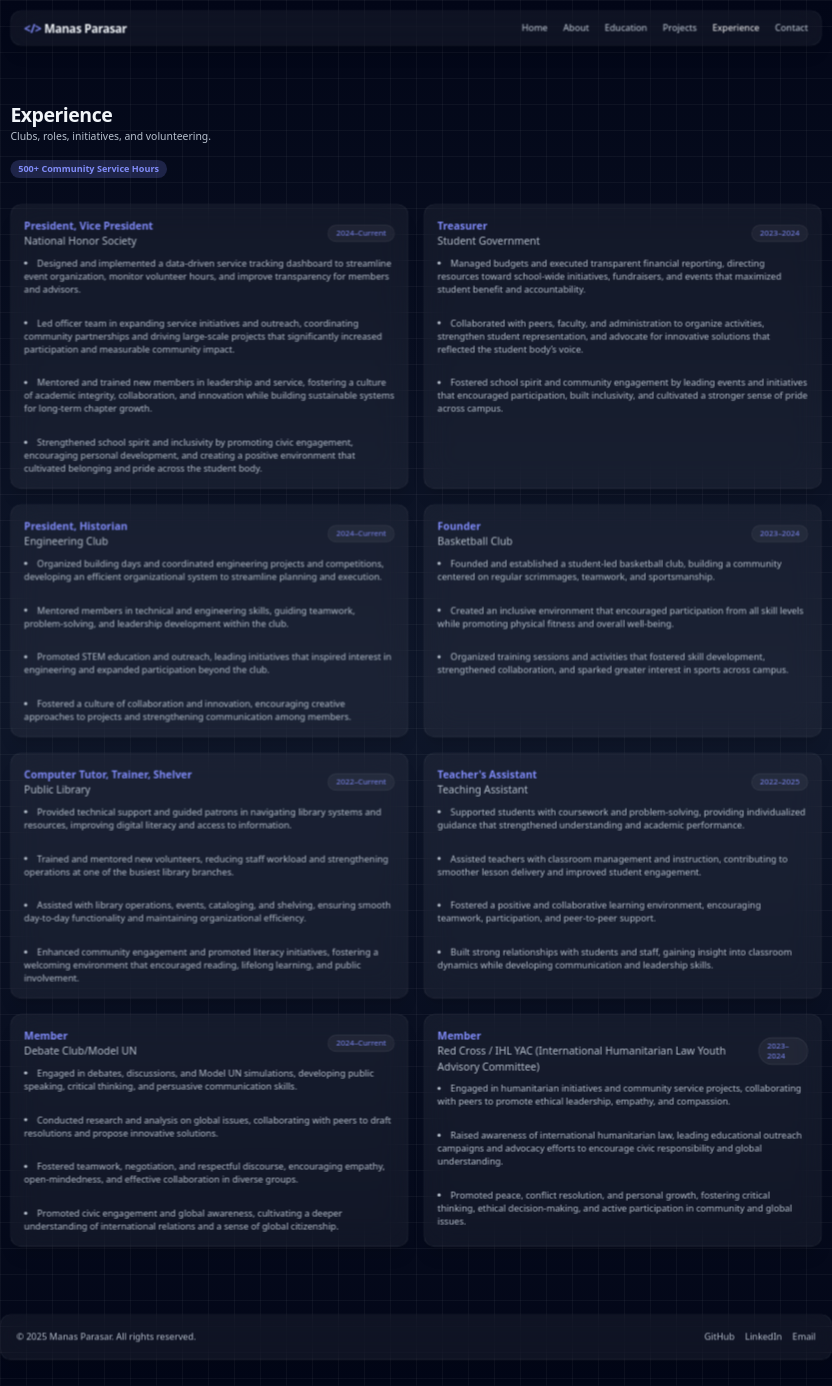
Repository: Manas-Parasar/portfolio-manas-parasar
Page: /experience
An editor plug-in stored every save of this project. The page is shown before and after the next save, followed by the edit.
The browser window is 1280 px wide. The pictures show the whole page, at 65% of full size.
The project was rebuilt for these pictures with package versions that can differ from the ones it lists, and the page was loaded fresh each time. Also part of the build but not shown: vite.config.js, src/components/Hero.jsx, src/components/ProjectCard.jsx, src/pages/Home.jsx, src/pages/About.jsx, src/pages/Projects.jsx, src/pages/Contact.jsx. Imported but missing from the stored project, and not drawn on this page: src/assets/Manas Parasar Resume.pdf.

Above is the page before, as saved 2025-08-23 00:24:30.

### index.html
<!DOCTYPE html>
<html lang="en">
  <head>
    <meta charset="UTF-8" />
    <meta name="viewport" content="width=device-width, initial-scale=1.0" />
    <title>Manas Parasar Portfolio</title>
    <meta
      name="description"
      content="Portfolio of Manas Parasar: projects, leadership, research, and impact."
    />
    <link rel="icon" href="/PortfolioFavicon.png" />
  </head>
  <body
    class="min-h-screen bg-gradient-to-b from-slate-950 via-slate-900 to-slate-950 text-slate-100"
  >
    <div id="root"></div>
    <script type="module" src="/src/main.jsx"></script>
  </body>
</html>

### src/main.jsx
import { BrowserRouter } from "react-router-dom";
import "./index.css";
import React from "react";
import ReactDOM from "react-dom/client";
import App from "./App";

ReactDOM.createRoot(document.getElementById("root")).render(
  <React.StrictMode>
    <BrowserRouter>
      <App />
    </BrowserRouter>
  </React.StrictMode>
);

### src/index.css
@tailwind base;
@tailwind components;
@tailwind utilities;

html,
body {
  margin: 0;
  padding: 0;
  box-sizing: border-box;
  overscroll-behavior: none;
  overflow-x: hidden;
}

html {
  background-color: #0aa345; /* slate-900 */
}

html,
body {
  margin: 0;
  padding: 0;
  box-sizing: border-box;
}

html {
  background-color: #0f172a; /* slate-900 */
}

/* Subtle selection & scrollbar tweaks */
::selection {
  background: #175430;
  color: white;
}
::-webkit-scrollbar {
  width: 10px;
}
::-webkit-scrollbar-thumb {
  background: rgba(148, 184, 155, 0.4);
  border-radius: 999px;
}

/* Reusable utilities */
@layer utilities {
  .glass {
    @apply bg-white/5 backdrop-blur-xl border border-white/10 shadow-xl;
  }
  .btn {
    @apply inline-flex items-center gap-2 rounded-2xl px-5 py-2 font-medium transition;
  }
  .btn-primary {
    @apply btn bg-brand-600 hover:bg-brand-500 text-white;
  }
  .btn-ghost {
    @apply btn glass hover:bg-white/10;
  }
  .headline {
    @apply text-4xl md:text-5xl font-extrabold tracking-tight;
  }
  .subtle {
    @apply text-slate-300/90;
  }
}

### src/App.jsx
import { Routes, Route } from "react-router-dom";
import Navbar from "./components/Navbar";
import Footer from "./components/Footer";
import Home from "./pages/Home";
import About from "./pages/About";
import Projects from "./pages/Projects";
import Experience from "./pages/Experience";
import Contact from "./pages/Contact";
import Education from "./pages/Education";

export default function App() {
  return (
    <div className="min-h-screen flex flex-col bg-grid-sheer bg-grid-sheer bg-[length:40px_40px] overflow-hidden">
      <div className="absolute inset-0 -z-10 opacity-70" aria-hidden>
        <div className="absolute -top-40 -left-40 h-96 w-96 rounded-full bg-brand-500 blur-[120px] opacity-30 animate-float" />
      </div>
      <Navbar />
      <main className="container py-10 flex-grow">
        <Routes>
          <Route path="/" element={<Home />} />
          <Route path="/about" element={<About />} />
          <Route path="/education" element={<Education />} />
          <Route path="/projects" element={<Projects />} />
          <Route path="/experience" element={<Experience />} />
          <Route path="/contact" element={<Contact />} />
        </Routes>
      </main>
      <Footer />
    </div>
  );
}

### src/components/Navbar.jsx
import { Link, NavLink } from "react-router-dom";
import { Menu, X } from "lucide-react";
import { useState } from "react";

export default function Navbar() {
  const [open, setOpen] = useState(false);
  const nav = [
    { to: "/", label: "Home" },
    { to: "/about", label: "About" },
    { to: "/education", label: "Education" },
    { to: "/projects", label: "Projects" },
    { to: "/experience", label: "Experience" },
    { to: "/contact", label: "Contact" },
  ];

  const NavItems = ({ onClick }) => (
    <ul className="flex flex-col md:flex-row gap-4 md:gap-6 text-sm">
      {nav.map((n) => (
        <li key={n.to}>
          <NavLink
            to={n.to}
            onClick={onClick}
            className={({ isActive }) =>
              `transition hover:text-white ${
                isActive ? "text-white" : "text-slate-300"
              }`
            }
          >
            {n.label}
          </NavLink>
        </li>
      ))}
    </ul>
  );

  return (
    <header className="sticky top-0 z-50">
      <div className="container mt-4">
        <div className="glass rounded-2xl px-5 py-3 flex items-center justify-between">
          <Link to="/" className="font-black tracking-tight text-lg">
            <span className="text-brand-400">&lt;/&gt;</span> Manas Parasar
          </Link>
          <nav className="hidden md:block">
            <NavItems />
          </nav>
          <button
            className="md:hidden btn-ghost"
            onClick={() => setOpen(!open)}
            aria-label="Toggle Menu"
          >
            {open ? <X size={20} /> : <Menu size={20} />}
          </button>
        </div>
        {open && (
          <div className="md:hidden mt-2 glass rounded-2xl px-5 py-4">
            <NavItems onClick={() => setOpen(false)} />
          </div>
        )}
      </div>
    </header>
  );
}

### src/components/Footer.jsx
export default function Footer() {
  return (
    <footer className="mt-16 pb-10">
      <div className="container glass rounded-2xl p-6 flex flex-col md:flex-row items-center justify-between gap-4">
        <p className="text-sm subtle">
          © {new Date().getFullYear()} Manas Parasar. All rights reserved.
        </p>
        <div className="text-sm subtle flex gap-4">
          <a
            href="https://github.com/"
            target="_blank"
            className="hover:text-white"
          >
            GitHub
          </a>
          <a
            href="https://linkedin.com/"
            target="_blank"
            className="hover:text-white"
          >
            LinkedIn
          </a>
          <a href="mailto:manas@example.com" className="hover:text-white">
            Email
          </a>
        </div>
      </div>
    </footer>
  );
}

### src/pages/Experience.jsx
import { TimelineItem } from "../components/TimelineItem";
import Section from "../components/Section";

export default function Experience() {
  return (
    <>
      <Section
        title="Experience"
        subtitle="Clubs, roles, initiatives, and volunteering."
      >
        <div className="mb-4 w-fit">
          <span className="inline-block bg-brand-400/20 rounded-full px-3 py-1 text-sm font-semibold text-brand-400">
            500+ Community Service Hours
          </span>
        </div>
        <div className="grid md:grid-cols-2 gap-6">
          <TimelineItem
            org="National Honor Society"
            role="President, Vice President"
            period="2024–Current"
            points={[
              "Designed and implemented a data-driven service tracking dashboard to streamline event organization, monitor volunteer hours, and improve transparency for members and advisors.",
              "Led officer team in expanding service initiatives and outreach, coordinating community partnerships and driving large-scale projects that significantly increased participation and measurable community impact.",
              "Mentored and trained new members in leadership and service, fostering a culture of academic integrity, collaboration, and innovation while building sustainable systems for long-term chapter growth.",
              "Strengthened school spirit and inclusivity by promoting civic engagement, encouraging personal development, and creating a positive environment that cultivated belonging and pride across the student body.",
            ]}
          />
          <TimelineItem
            org="Student Government"
            role="Treasurer"
            period="2023–2024"
            points={[
              "Managed budgets and executed transparent financial reporting, directing resources toward school-wide initiatives, fundraisers, and events that maximized student benefit and accountability.",
              "Collaborated with peers, faculty, and administration to organize activities, strengthen student representation, and advocate for innovative solutions that reflected the student body’s voice.",
              "Fostered school spirit and community engagement by leading events and initiatives that encouraged participation, built inclusivity, and cultivated a stronger sense of pride across campus.",
            ]}
          />
          <TimelineItem
            org="Engineering Club"
            role="President, Historian"
            period="2024–Current"
            points={[
              "Organized building days and coordinated engineering projects and competitions, developing an efficient organizational system to streamline planning and execution.",
              "Mentored members in technical and engineering skills, guiding teamwork, problem-solving, and leadership development within the club.",
              "Promoted STEM education and outreach, leading initiatives that inspired interest in engineering and expanded participation beyond the club.",
              "Fostered a culture of collaboration and innovation, encouraging creative approaches to projects and strengthening communication among members.",
            ]}
          />
          <TimelineItem
            org="Basketball Club"
            role="Founder"
            period="2023–2024"
            points={[
              "Founded and established a student-led basketball club, building a community centered on regular scrimmages, teamwork, and sportsmanship.",
              "Created an inclusive environment that encouraged participation from all skill levels while promoting physical fitness and overall well-being.",
              "Organized training sessions and activities that fostered skill development, strengthened collaboration, and sparked greater interest in sports across campus.",
            ]}
          />
          <TimelineItem
            org="Public Library"
            role="Computer Tutor, Trainer, Shelver"
            period="2022–Current"
            points={[
              "Provided technical support and guided patrons in navigating library systems and resources, improving digital literacy and access to information.",
              "Trained and mentored new volunteers, reducing staff workload and strengthening operations at one of the busiest library branches.",
              "Assisted with library operations, events, cataloging, and shelving, ensuring smooth day-to-day functionality and maintaining organizational efficiency.",
              "Enhanced community engagement and promoted literacy initiatives, fostering a welcoming environment that encouraged reading, lifelong learning, and public involvement.",
            ]}
          />
          <TimelineItem
            org="Teaching Assistant"
            role="Teacher's Assistant"
            period="2022–2025"
            points={[
              "Supported students with coursework and problem-solving, providing individualized guidance that strengthened understanding and academic performance.",
              "Assisted teachers with classroom management and instruction, contributing to smoother lesson delivery and improved student engagement.",
              "Fostered a positive and collaborative learning environment, encouraging teamwork, participation, and peer-to-peer support.",
              "Built strong relationships with students and staff, gaining insight into classroom dynamics while developing communication and leadership skills.",
            ]}
          />
          <TimelineItem
            org="Debate Club/Model UN"
            role="Member"
            period="2024–Current"
            points={[
              "Engaged in debates, discussions, and Model UN simulations, developing public speaking, critical thinking, and persuasive communication skills.",
              "Conducted research and analysis on global issues, collaborating with peers to draft resolutions and propose innovative solutions.",
              "Fostered teamwork, negotiation, and respectful discourse, encouraging empathy, open-mindedness, and effective collaboration in diverse groups.",
              "Promoted civic engagement and global awareness, cultivating a deeper understanding of international relations and a sense of global citizenship.",
            ]}
          />
          <TimelineItem
            org="Red Cross / IHL YAC (International Humanitarian Law Youth Advisory Committee) "
            role="Member"
            period="2023–2024"
            points={[
              "Engaged in humanitarian initiatives and community service projects, collaborating with peers to promote ethical leadership, empathy, and compassion.",
              "Raised awareness of international humanitarian law, leading educational outreach campaigns and advocacy efforts to encourage civic responsibility and global understanding.",
              "Promoted peace, conflict resolution, and personal growth, fostering critical thinking, ethical decision-making, and active participation in community and global issues.",
            ]}
          />
        </div>
      </Section>
    </>
  );
}

### src/pages/Education.jsx
import { FaJava } from "react-icons/fa";
import {
  SiJavascript,
  SiReact,
  SiPython,
  SiFirebase,
  SiTailwindcss,
  SiGit,
  SiHtml5,
  SiCss3,
  SiCplusplus,
} from "react-icons/si";
import React from "react";

const skills = [
  { name: "Java", icon: <FaJava />, color: "text-red-500" },
  { name: "React", icon: <SiReact />, color: "text-blue-500" },
  { name: "Python", icon: <SiPython />, color: "text-yellow-500" },
  { name: "Firebase", icon: <SiFirebase />, color: "text-yellow-400" },
  { name: "Tailwind", icon: <SiTailwindcss />, color: "text-teal-500" },
  { name: "Git", icon: <SiGit />, color: "text-orange-600" },
  { name: "HTML", icon: <SiHtml5 />, color: "text-orange-500" },
  { name: "CSS", icon: <SiCss3 />, color: "text-blue-600" },
  { name: "JavaScript", icon: <SiJavascript />, color: "text-yellow-300" },
  { name: "C++", icon: <SiCplusplus />, color: "text-blue-700" },
];

export default function Education() {
  return (
    <div className="space-y-6">
      <div className="glass rounded-3xl p-6 hover:shadow-glow transition">
        <h3 className="font-semibold mb-2 text-2xl text-brand-400">College</h3>
        <div className="subtle">
          <p className="font-bold">Paradise Valley Community College</p>
          <p>Associate of Science in Computer Science</p>
          <p>Expected Graduation: May 2026</p>
          <br />
          <p>Associate of Science in Physics</p>
          <p>Expected Graduation: May 2026</p>
          <br />
          <p>Associate of Arts in Mathematics</p>
          <p>Expected Graduation: May 2026</p>
        </div>
      </div>
      <div className="glass rounded-3xl p-6 hover:shadow-glow transition">
        <h3 className="font-semibold mb-2 text-2xl text-brand-400">
          High School
        </h3>
        <div className="subtle">
          <p className="font-bold">
            Arizona Agribusiness & Equine Center - Paradise Valley
          </p>
          <p>High School Diploma</p>
          <p>May 2026</p>
          <p>Phoenix, AZ</p>
        </div>
      </div>
      <div className="glass rounded-3xl p-6 hover:shadow-glow transition">
        <h3 className="font-semibold mb-2 text-2xl text-brand-400">
          Academics & Scores
        </h3>
        <ul className="subtle list-disc list-inside space-y-1">
          <li>Digital SAT: 1530 (770 Math, 760 English)</li>
          <li>ACT: 35 (36 Math, 36 Science, 36 English, 33 Reading)</li>
          <li>GPA: 4.00 (Unweighted)</li>
        </ul>
      </div>
      <div className="glass rounded-3xl p-6 hover:shadow-glow transition">
        <h3 className="font-semibold mb-2 text-2xl text-brand-400">
          Related Coursework
        </h3>
        <div className="grid grid-cols-1 md:grid-cols-2 gap-4 subtle">
          <div>
            <ul className="list-disc list-inside space-y-1">
              <li>Geometry 1-2</li>
              <li>Algebra 3-4</li>
              <li>Pre-Calculus 1-2</li>
              <li>College Algebra/Functions (MAT151)</li>
              <li>Calculus with Analytical Geometry I (MAT220)</li>
              <li>Calculus with Analytical Geometry II (MAT230)</li>
              <li>Biology 1-2</li>
            </ul>
          </div>
          <div>
            <ul className="list-disc list-inside space-y-1">
              <li>Chemistry 1-2</li>
              <li>University Physics I: Mechanics (PHY121)</li>
              <li>Introduction to Computer Science (Java) (CSC110AB)</li>
              <li>
                Object Oriented Programming and Data Structures (CSC205AC)
              </li>
              <li>Digital Design Fundamentals (CSC120)</li>
              <li>
                Introduction to Different Programming Languages (CSC240AA)
              </li>
              <li>Introduction to Logic (PHI103)</li>
            </ul>
          </div>
        </div>
      </div>
      <div className="glass rounded-3xl p-6 hover:shadow-glow transition">
        <h3 className="font-semibold mb-2 text-2xl text-brand-400">Skills</h3>
        <div className="grid grid-cols-2 md:grid-cols-4 gap-4">
          {skills.map((skill, index) => (
            <React.Fragment key={skill.name}>
              {index === 8 && <div className="hidden md:block col-span-1" />}
              <div className="flex items-center gap-4 bg-white/5 p-4 rounded-lg transition-all duration-300 ease-in-out hover:bg-white/10 hover:scale-105 hover:shadow-glow">
                <div className={`text-4xl ${skill.color}`}>{skill.icon}</div>
                <div>
                  <h4 className="font-bold">{skill.name}</h4>
                </div>
              </div>
            </React.Fragment>
          ))}
        </div>
      </div>
    </div>
  );
}

### src/components/Section.jsx
export default function Section({ title, subtitle, children, cta }) {
  return (
    <section className="mt-12">
      <div className="flex items-end justify-between gap-4 mb-6">
        <div>
          <h2 className="text-2xl md:text-3xl font-bold tracking-tight">
            {title}
          </h2>
          {subtitle && <p className="subtle mt-1">{subtitle}</p>}
        </div>
        {cta}
      </div>
      <div className="grid gap-6">{children}</div>
    </section>
  );
}

### src/components/TimelineItem.jsx
export function TimelineItem({ org, role, period, points = [] }) {
  return (
    <div className="glass rounded-2xl p-5 hover:shadow-glow transition">
      <div className="flex flex-col md:flex-row md:items-center md:justify-between">
        <div>
          <h3 className="font-semibold text-brand-400">{role}</h3>
          <p className="subtle">{org}</p>
        </div>
        <span className="text-xs mt-2 md:mt-0 px-3 py-1 rounded-full bg-white/5 border border-white/10 text-brand-400">
          {period}
        </span>
      </div>
      {points?.length > 0 && (
        <ul className="list-disc list-inside mt-3 text-sm subtle space-y-8">
          {points.map((p, i) => (
            <li key={i}>{p}</li>
          ))}
        </ul>
      )}
    </div>
  );
}

### tailwind.config.js
/** @type {import('tailwindcss').Config} */
export default {
  content: ["./index.html", "./src/**/*.{js,jsx,ts,tsx}"],
  theme: {
    extend: {
      container: { center: true, padding: "1rem" },
      fontFamily: {
        display: ["Inter", "ui-sans-serif", "system-ui"],
      },
      colors: {
        brand: {
          50: "#eef2ff",
          100: "#e0e7ff",
          200: "#c7d2fe",
          300: "#a5b4fc",
          400: "#818cf8",
          500: "#6366f1",
          600: "#4f46e5",
          700: "#4338ca",
          800: "#3730a3",
          900: "#312e81",
        },
      },
      boxShadow: {
        glow: "0 0 0 0 rgba(99,102,241,0.5), 0 0 80px 10px rgba(99,102,241,0.25)",
      },
      backgroundImage: {
        "grid-sheer":
          "linear-gradient(rgba(255,255,255,0.04) 1px, transparent 1px), linear-gradient(90deg, rgba(255,255,255,0.04) 1px, transparent 1px)",
      },
      backgroundSize: {
        "grid-sheer": "40px 40px",
      },
      animation: {
        float: "float 6s ease-in-out infinite",
        shimmer: "shimmer 4s linear infinite",
      },
      keyframes: {
        float: {
          "0%, 100%": { transform: "translateY(0px)" },
          "50%": { transform: "translateY(-10px)" },
        },
        shimmer: {
          "0%": { backgroundPosition: "-200% 0" },
          "100%": { backgroundPosition: "200% 0" },
        },
      },
    },
  },
  plugins: [],
};

After the next save:
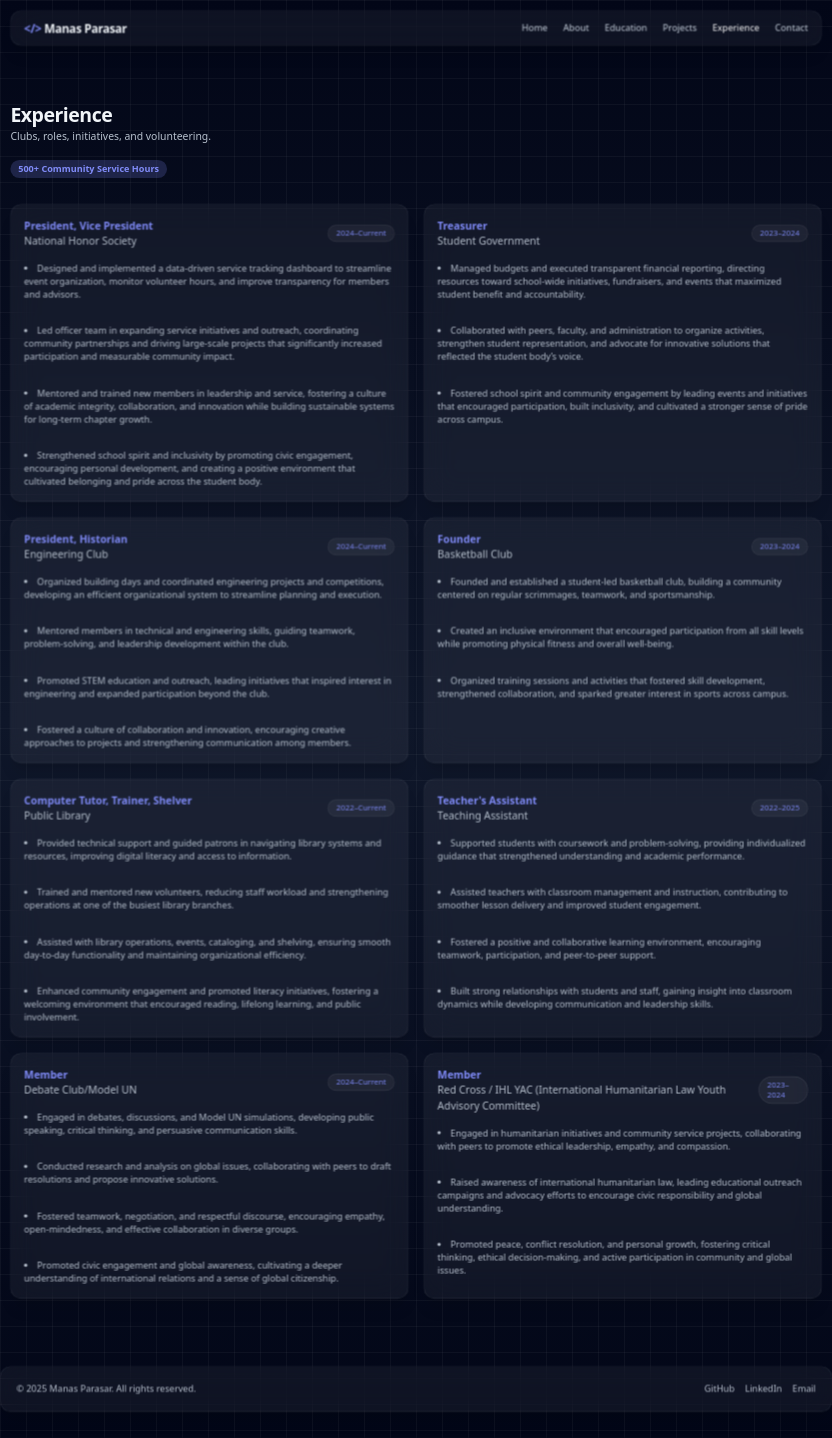
Saved 90 s later.
--- a/src/components/TimelineItem.jsx
+++ b/src/components/TimelineItem.jsx
@@ -11,7 +11,7 @@ export function TimelineItem({ org, role, period, points = [] }) {
         </span>
       </div>
       {points?.length > 0 && (
-        <ul className="list-disc list-inside mt-3 text-sm subtle space-y-8">
+        <ul className="list-disc list-inside mt-5 text-sm subtle space-y-9">
           {points.map((p, i) => (
             <li key={i}>{p}</li>
           ))}
